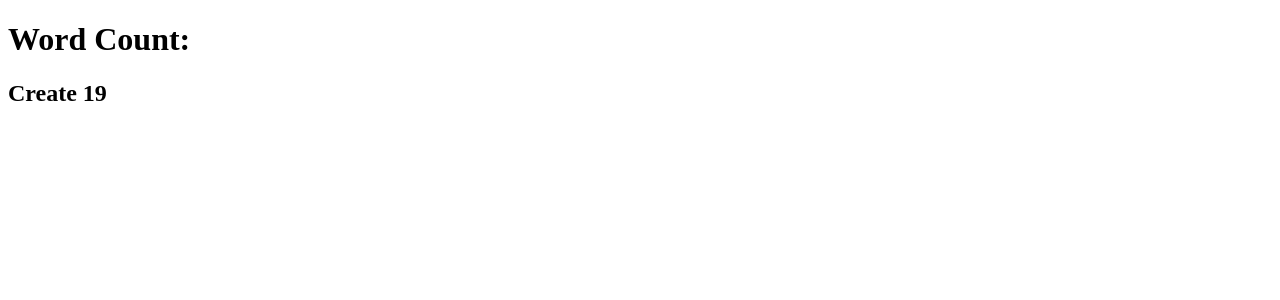
Repository: Space20001/word-count-project
Page: http://localhost/about/
The author's editor kept a copy of each file at every save. The page is drawn from the files as they stood at one save, then again after a run of saves.
The browser window is 1280 px wide. The pictures show the whole page.
The page is served by the project's application, run on Django 3.2 (manage.py).

Above is the page before, as saved 2020-04-19 22:02:42.

After the next 3 saves:
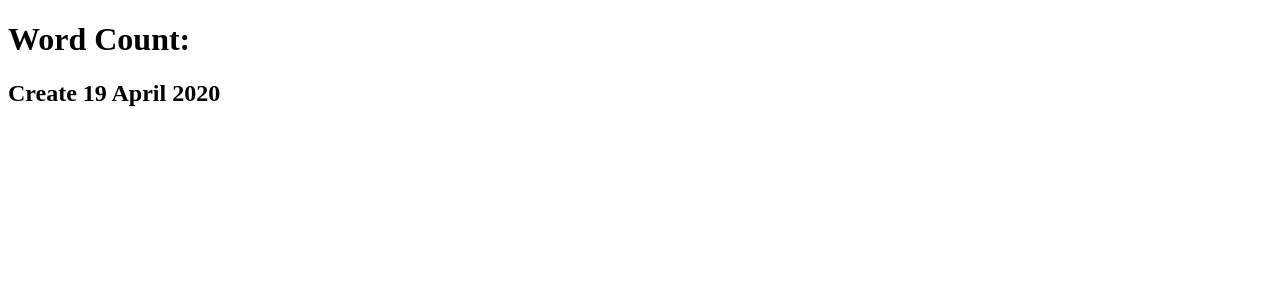
The 3 saves are shown as one change because they came seconds apart.
The last was saved 9 s later.
--- a/templates/count/about.html
+++ b/templates/count/about.html
@@ -3,7 +3,7 @@
     <body>
 <h1>Word Count:</h1>
 
-<h2>Create 19 </h2>
+<h2>Create 19 April 2020 </h2>
 
 
 
